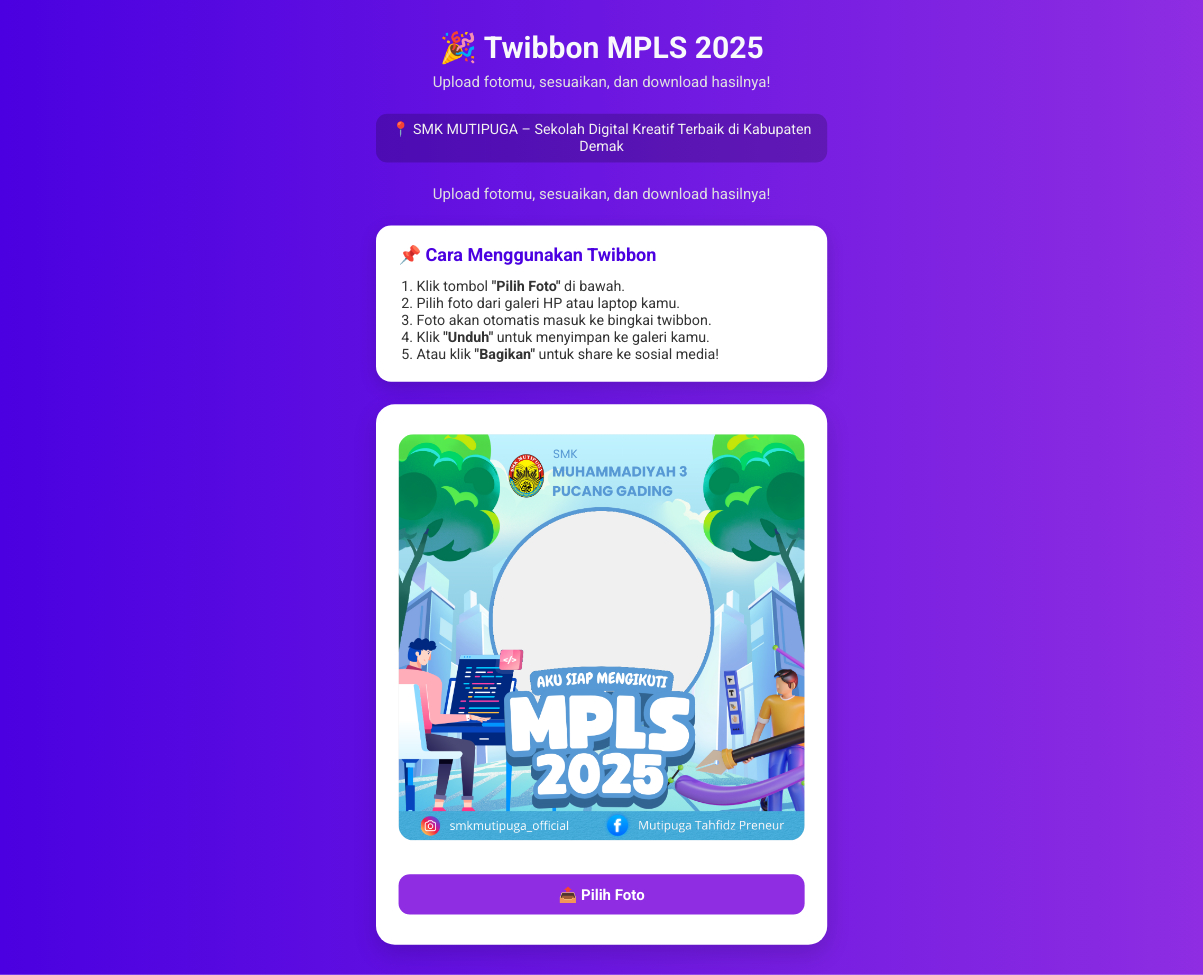
Repository: ppdbsmkmutipuga/twibbonmpls
Page: index.html
These files come from the project's save history. The page is drawn as it stood at one moment and after the next save; the edit follows.
The browser window is 1280 px wide. The pictures show the whole page, at 94% of full size.

Above is the page before, as saved 2025-07-12 11:58:21.

After the next save:
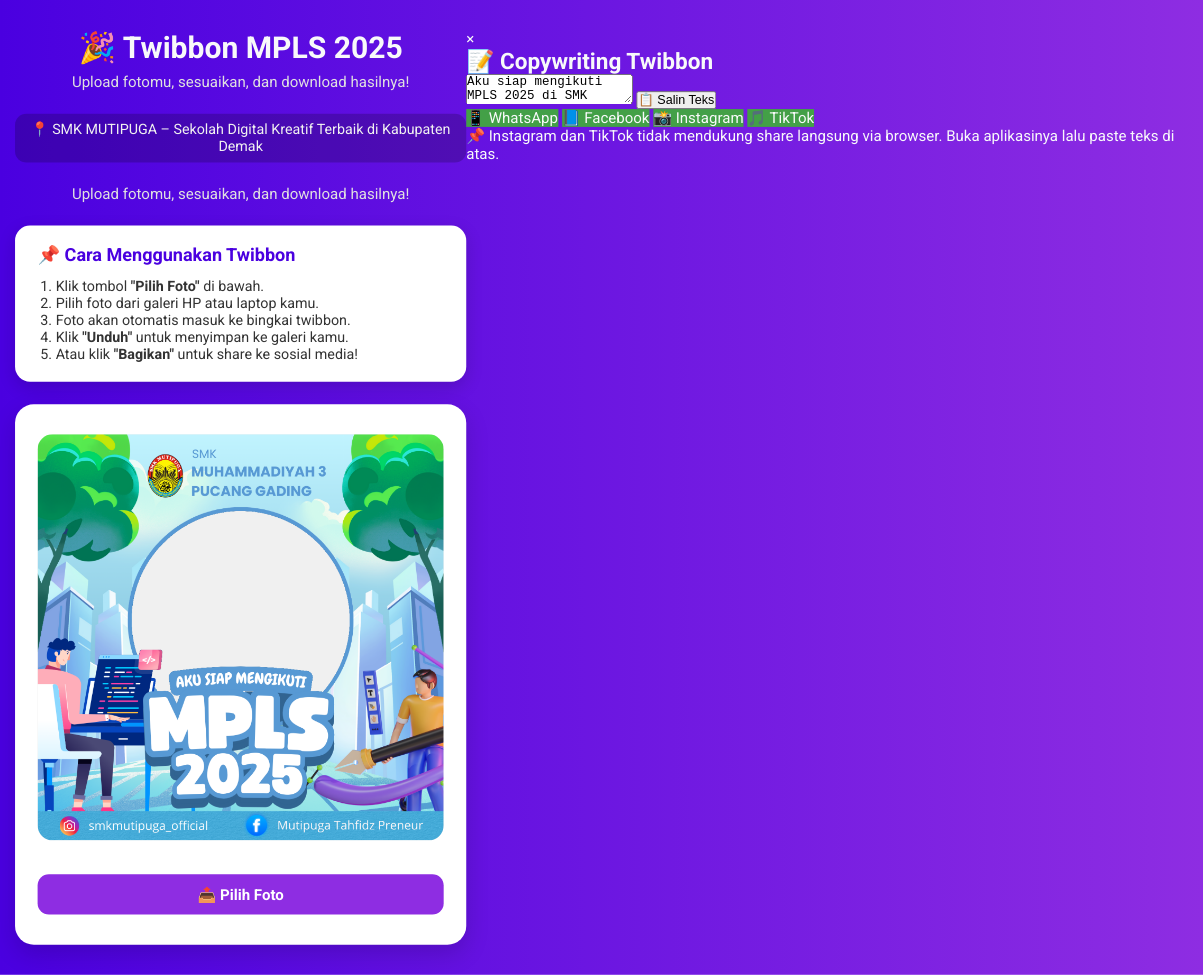
Saved 15 s later.
--- a/index.html
+++ b/index.html
@@ -44,6 +44,30 @@
         </div>
     </main>
 
+    <!-- Modal Bagikan -->
+    <div id="shareModal" class="modal">
+        <div class="modal-content">
+            <span class="close" onclick="closeShareModal()">×</span>
+            <h2>📝 Copywriting Twibbon</h2>
+            <textarea id="copyText" readonly>
+Aku siap mengikuti MPLS 2025 di SMK MUTIPUGA – Sekolah Digital Kreatif Terbaik di Kabupaten Demak! Ayo jadi bagian dari sekolah keren ini! 🎉
+
+#SMKMUTIPUGA #MPLS2025 #SekolahDigital #BanggaJadiMutipuga
+    </textarea>
+            <button onclick="copyText()">📋 Salin Teks</button>
+
+            <div class="share-buttons">
+                <a id="waShare" target="_blank" class="btn-share">📱 WhatsApp</a>
+                <a id="fbShare" target="_blank" class="btn-share">📘 Facebook</a>
+                <a class="btn-share disabled">📸 Instagram</a>
+                <a class="btn-share disabled">🎵 TikTok</a>
+            </div>
+            <p class="note">📌 Instagram dan TikTok tidak mendukung share langsung via browser. Buka aplikasinya lalu
+                paste teks di atas.</p>
+        </div>
+    </div>
+
+
     <script src="script.js"></script>
 </body>
 
